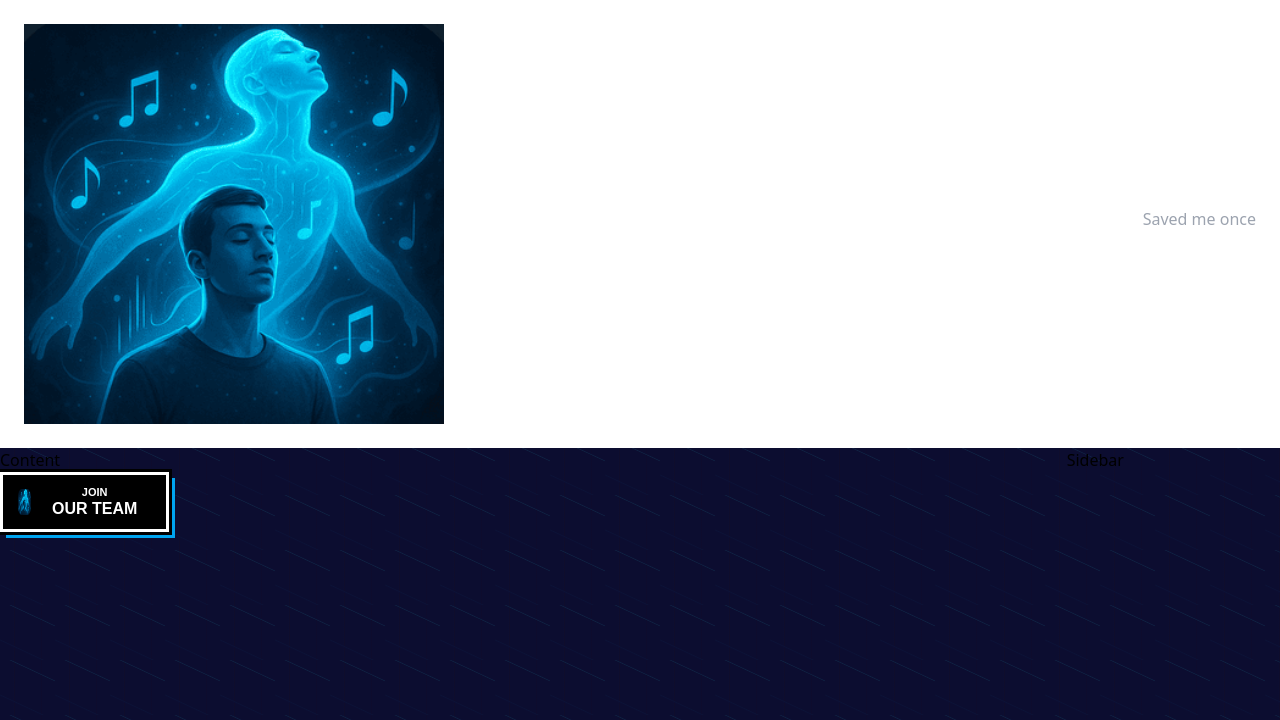
Repository: ItsMe-Pal/something
Page: index.html
The author's editor kept a copy of each file at every save. The page is drawn from the files as they stood at one save, then again after the next save.
The browser window is 1280 px wide. The pictures show the whole page.
The style sheet was rebuilt from its Sass, Less or Tailwind sources for each picture, by a compiler version that may differ from the author's.

Above is the page before, as saved 2025-06-22 18:49:44.

### index.html
<!DOCTYPE html>
<html lang="en">
<head>
    <meta charset="UTF-8">
    <meta name="viewport" content="width=device-width, initial-scale=1.0">
    <title></title>

    <link rel="stylesheet" href="/manifest.json">

    <script src="https://cdn.jsdelivr.net/npm/@tailwindcss/browser@4"></script>
    <script src="https://code.jquery.com/jquery-3.7.1.js" integrity="sha256-eKhayi8LEQwp4NKxN+CfCh+3qOVUtJn3QNZ0TciWLP4=" crossorigin="anonymous"></script>

    <link rel="stylesheet" href="/styles/main.css">
</head>
<body>
    <div id="bg">

    <div class="relative flex gap-[2%] flex-wrap content-start">
        <div class="w-full h-[5%]">


                <header class="bg-white">
                    <nav class="mx-auto flex max-w-7xl items-center justify-between p-6 lg:px-8" aria-label="Global">
                      <div class="flex lg:flex-1">
                        <a href="#" class="-m-1.5 p-1.5">
                          <span class="sr-only">Your Company</span>
                          <img class="h-100 w-auto" src="/imgs/icons/icon-512x512.png" alt="" />
                        </a>
                      </div>


                      <div class=" lg:flex lg:flex-1 lg:justify-end">
                        <span class="word1">MUSIC</span>
                        <p class="word2">Saved me once</p>
                       </div>
                    </nav>

                  </header>
        </div>
        <div class="grow h-3/4">Content</div>
        <div class="w-1/6 h-3/4">Sidebar</div>
        <div class="w-full h-[5%]">
            <button class="brutalist-button">
                <div class="-logo">
                    <img class="-logo-icon" src="/imgs/icons/icon-512x512.png" alt="">
                </div>
                <div class="button-text">
                    <a href="http://">
                        <span>Join</span>
                        <span>Our team</span>
                    </a>
                </div>
              </button>

        </div>
      </div>

    </div>
    <script src="/src/main.js"></script>




</body>
</html>

### styles/main.scss
@use "./customs.scss";


#bg {
    position: relative;
    width: 100%;
    height: 100vh;
    --color: #001f3fe8;
    background-color: #001d33;
    background-image: linear-gradient(205deg, transparent 24%, var(--color) 25%, #0e7e87 26%, transparent 27%, transparent 74%, rgba(0, 58, 86, 0.9098039216) 75%, var(--color) 76%, transparent 77%, transparent), linear-gradient(90deg, transparent 24%, var(--color) 25%, rgba(27, 26, 17, 0.9098039216) 26%, transparent 27%, transparent 74%, rgba(19, 18, 19, 0.9098039216) 75%, var(--color) 76%, transparent 77%, transparent);
    background-size: 55px 55px;
  }
#bg:before {
    content: "";
    position: absolute;
    left: 0;
    top: 0;
    width: 100%;
    background-color: #100930c9;
    height: 100%;
}
  .word1 {
    font-size: 3.75rem;
    line-height: 1;
    font-weight: 700;
    color: #fff
  }
  .word2 {
    margin-top: 0.75rem;
    margin-bottom: 0.75rem;
    line-height: 1.625;
    color: rgba(156, 163, 175, 1);
  }


  /* From Uiverse.io by 0xnihilism */
.brutalist-button {
    display: flex;
    align-items: center;
    cursor: pointer;
    width: 169px;
    height: 60px;
    background-color: #000;
    color: #fff;
    text-decoration: none;
    font-family: Arial, sans-serif;
    font-weight: bold;
    border: 3px solid #fff;
    outline: 3px solid #000;
    box-shadow: 6px 6px 0 #00a4ef;
    transition: all 0.1s ease-out;
    padding: 0 15px;
    box-sizing: border-box;
    position: relative;
    overflow: hidden;
  }

  .brutalist-button::before {
    content: "";
    position: absolute;
    top: 0;
    left: -100%;
    width: 100%;
    height: 100%;
    background: linear-gradient(
      90deg,
      transparent,
      rgba(255, 255, 255, 0.8),
      transparent
    );
    z-index: 1;
    transition: none;
    /* Initially hide the pseudo-element */
    opacity: 0;
  }

  @keyframes slide {
    0% {
      left: -100%;
    }
    100% {
      left: 100%;
    }
  }

  .brutalist-button:hover::before {
    /* Show the pseudo-element on hover */
    opacity: 1;
    animation: slide 2s infinite;
  }

  .brutalist-button:hover {
    transform: translate(-4px, -4px);
    box-shadow: 10px 10px 0 #000;
    background-color: #000;
    color: #fff;
  }

  @keyframes slide {
    0% {
      left: -100%;
    }
    100% {
      left: 100%;
    }
  }

  .brutalist-button:active {
    transform: translate(4px, 4px);
    box-shadow: 0px 0px 0 #00a4ef;
    background-color: #fff;
    color: #000;
    border-color: #000;
  }

  /* Rest of the CSS remains the same */

  .-logo {
    display: grid;
    grid-template-columns: repeat(2, 1fr);
    gap: 1px;
    width: 26px;
    height: 26px;
    margin-right: 8px;
    flex-shrink: 0;
    transition: transform 0.2s ease-out;
    position: relative;
    z-index: 1;
  }

  .brutalist-button:hover .-logo {
    transform: rotate(-10deg) scale(1.1);
  }

  .brutalist-button:active .-logo {
    transform: rotate(10deg) scale(0.9);
  }

  .-logo-icon {
    border-radius: 30%;
    width: 100%;
    height: 100%;
  }


  .button-text {
    display: flex;
    flex-direction: column;
    line-height: 1.2;
    transition: transform 0.2s ease-out;
    position: relative;
    z-index: 1;
  }

  .brutalist-button:hover .button-text {
    transform: skew(-5deg);
  }

  .brutalist-button:active .button-text {
    transform: skew(5deg);
  }

  .button-text span:first-child {
    font-size: 11px;
    text-transform: uppercase;
    display: block;
  }

  .button-text span:last-child {
    font-size: 16px;
    text-transform: uppercase;
  }

Loaded but not shown: manifest.json (58 lines, source omitted); src/main.js (6 lines, source omitted); styles/customs.scss (846 lines, source omitted)

After the next save:
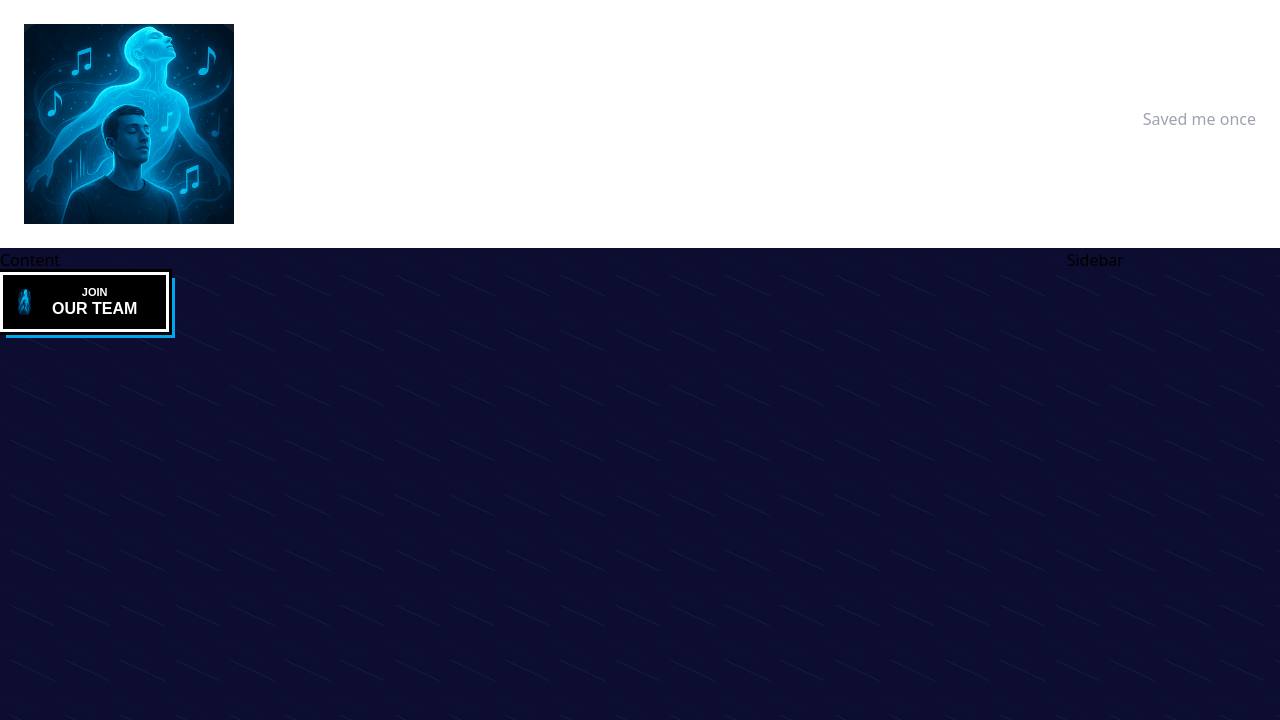
Saved 5 s later.
--- a/index.html
+++ b/index.html
@@ -24,7 +24,7 @@
                       <div class="flex lg:flex-1">
                         <a href="#" class="-m-1.5 p-1.5">
                           <span class="sr-only">Your Company</span>
-                          <img class="h-100 w-auto" src="/imgs/icons/icon-512x512.png" alt="" />
+                          <img class="h-50 w-auto" src="/imgs/icons/icon-512x512.png" alt="" />
                         </a>
                       </div>
 
